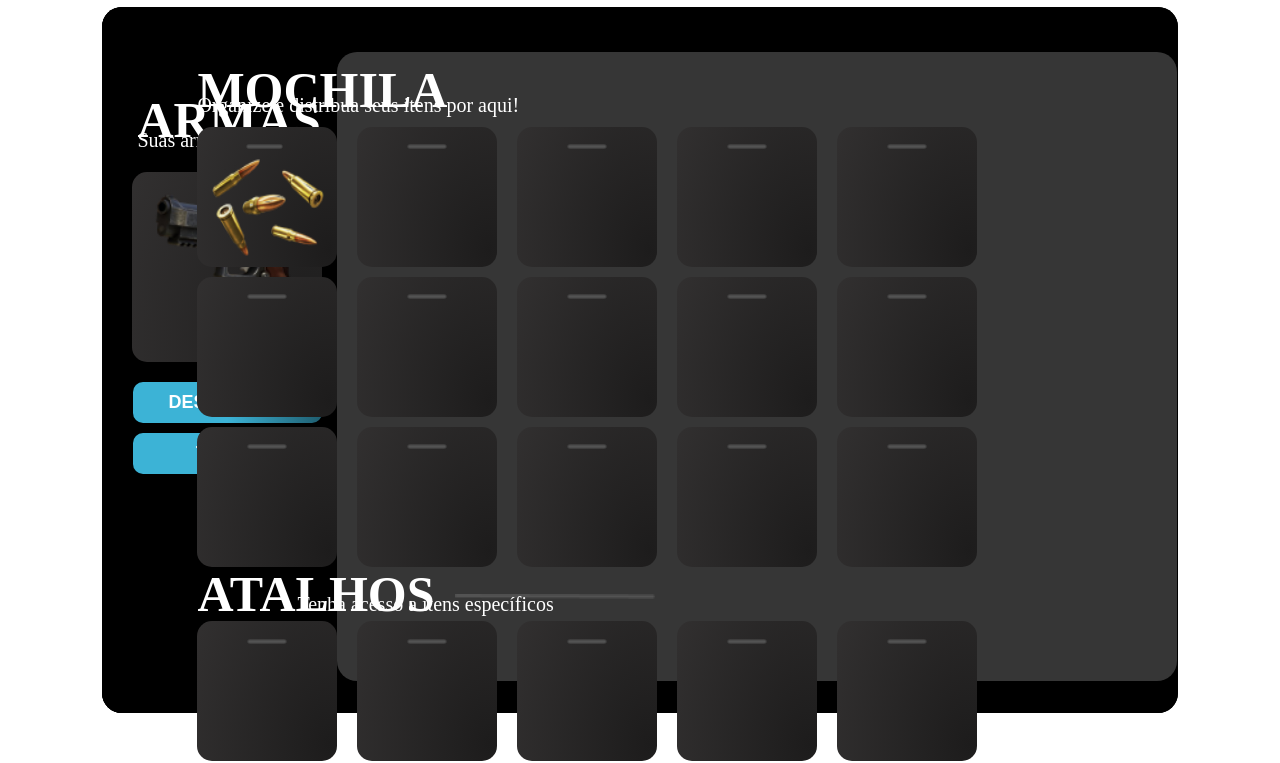
Repository: DuMCorrea/Mochila
Page: index.html
These files come from the project's save history. The page is drawn as it stood at one moment and after a run of saves; the edit follows.
The browser window is 1280 px wide. The pictures show the whole page.
Some web fonts or font styles are not loaded; a fallback is used.

Above is the page before, as saved 2024-09-03 09:49:11.

After the next 2 saves:
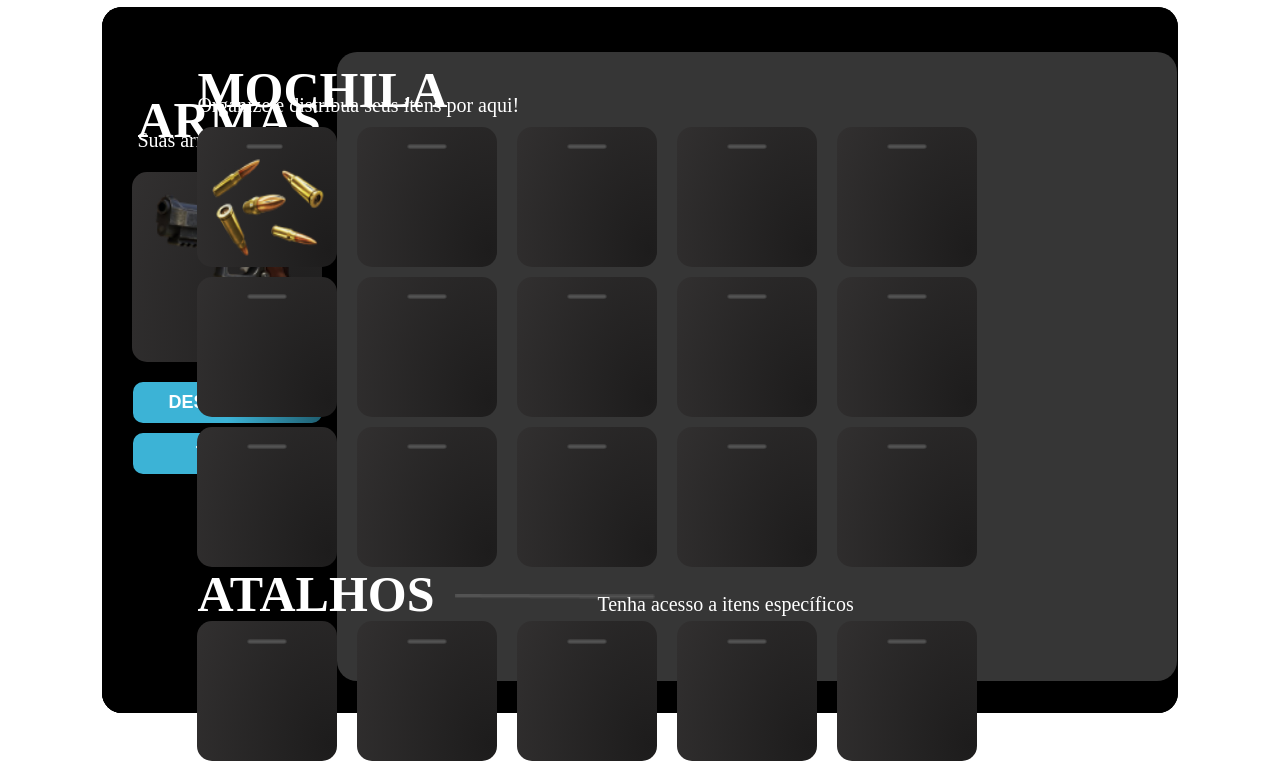
The 2 saves are shown as one change because they came seconds apart.
The last was saved 6 s later.
--- a/styles.css
+++ b/styles.css
@@ -275,5 +275,5 @@ body, html {
     font-size: 20px; /* Ajuste o tamanho do texto conforme necessário */
     position: relative;
     bottom: 40px;
-    left: 100px;
-}
+    left: 400px;
+}
